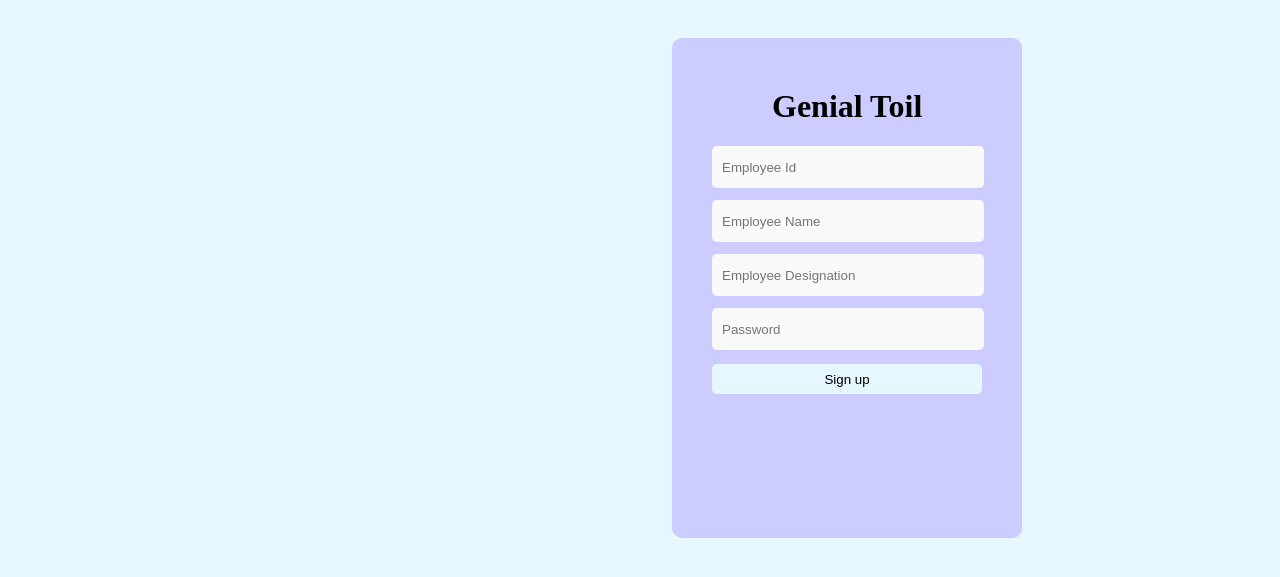
Repository: robin9533/Basic-Programs-App.
Page: GW-Genial Work Proj/GT_GenialToil/WebContent/EmployeeSignup.html
The author's editor kept a copy of each file at every save. The page is drawn from the files as they stood at one save, then again after the next save.
The browser window is 1280 px wide. The pictures show the whole page.

Above is the page before, as saved 2019-05-10 10:36:12.

After the next save:
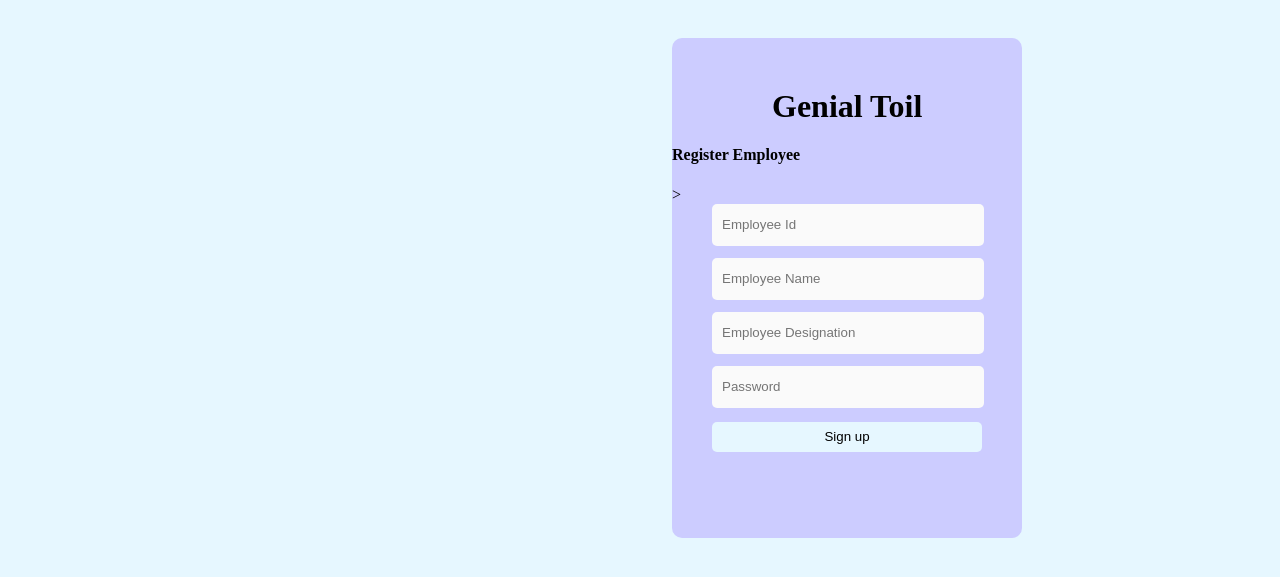
Saved 41 s later.
--- a/GW-Genial Work Proj/GT_GenialToil/WebContent/EmployeeSignup.html
+++ b/GW-Genial Work Proj/GT_GenialToil/WebContent/EmployeeSignup.html
@@ -8,18 +8,18 @@
 <body>
 
 	<div class="registrationblock">
-		<h1>
-			Genial Toil
-			</h1>
-				<Form action="EmployeeSignupServlet">
+		<h1>Genial Toil</h1>
+		<h4>Register Employee</h4>
+		>
+		<Form action="EmployeeSignupServlet">
 
-					<input type="text" name="empId" placeholder="Employee Id">
-					<input type="text" name="empName" placeholder="Employee Name">
-					<input type="text" name="empDes" placeholder="Employee Designation">
-					<input type="password" name="empPass" placeholder="Password">
-					<button type="button">Sign up</button>
+			<input type="text" name="empId" placeholder="Employee Id"> <input
+				type="text" name="empName" placeholder="Employee Name"> <input
+				type="text" name="empDes" placeholder="Employee Designation">
+			<input type="password" name="empPass" placeholder="Password">
+			<button type="button">Sign up</button>
 
-				</Form>
+		</Form>
 	</div>
 
 </body>
